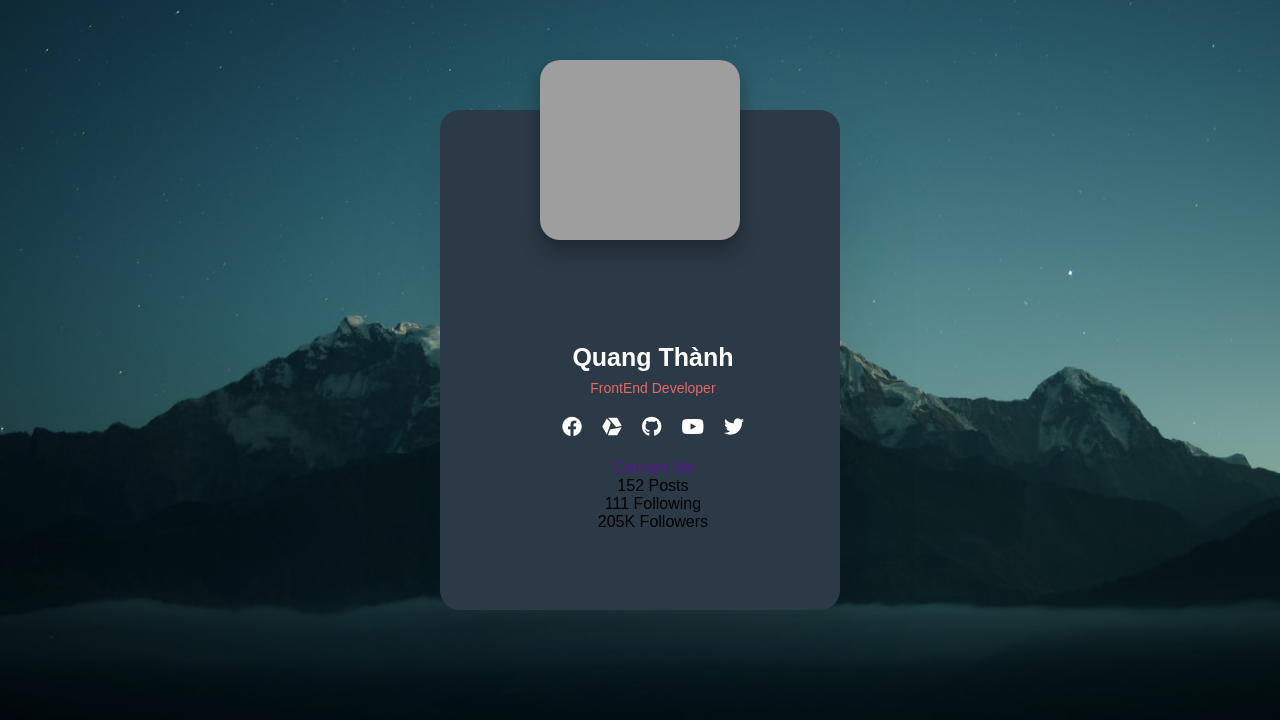
Repository: QuangThanh152/Profile-me
Page: index.html
The author's editor kept a copy of each file at every save. The page is drawn from the files as they stood at one save, then again after a run of saves.
The browser window is 1280 px wide. The pictures show the whole page.
Pictures or frames that could not be fetched are drawn as grey boxes.

Above is the page before, as saved 2022-10-07 15:39:44.

After the next 2 saves:
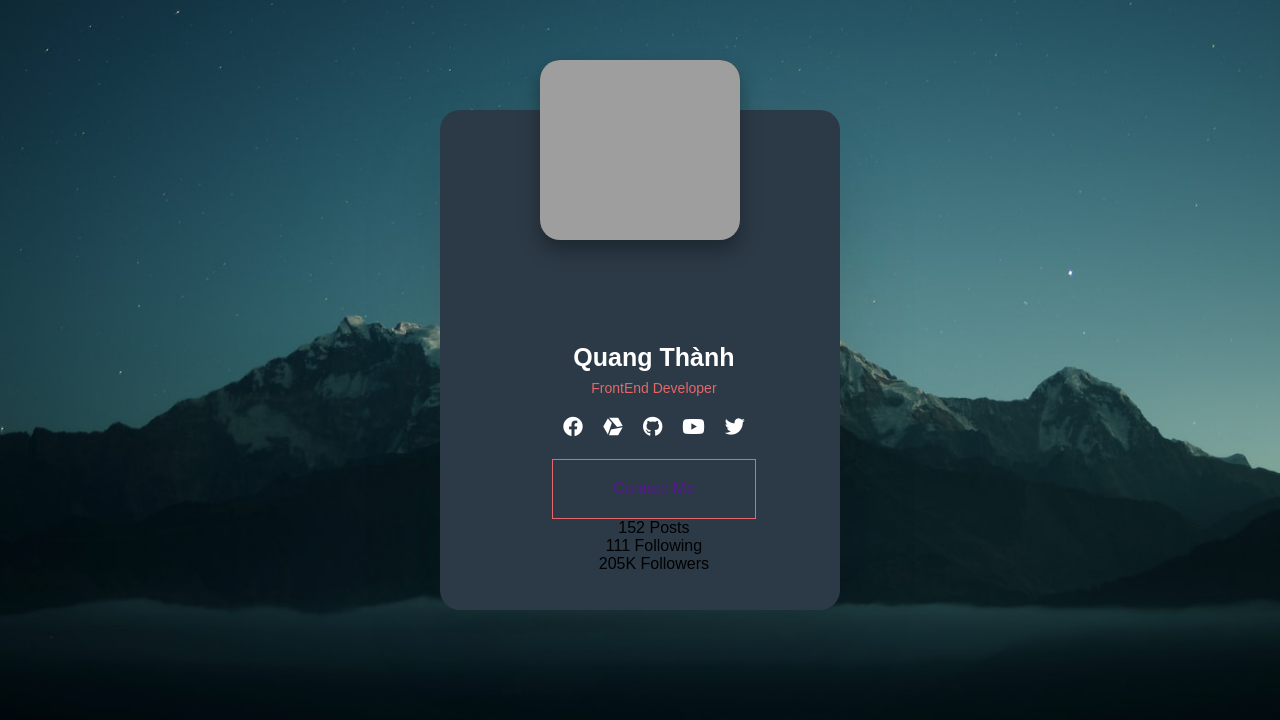
The 2 saves are shown as one change because they came seconds apart.
The last was saved 58 s later.
--- a/accets/main.css
+++ b/accets/main.css
@@ -87,5 +87,7 @@ body {
 }
 
 .btn-contact {
-
+    display: block;
+    padding: 20px 60px;
+    border: 1px solid #e66767;
 }
